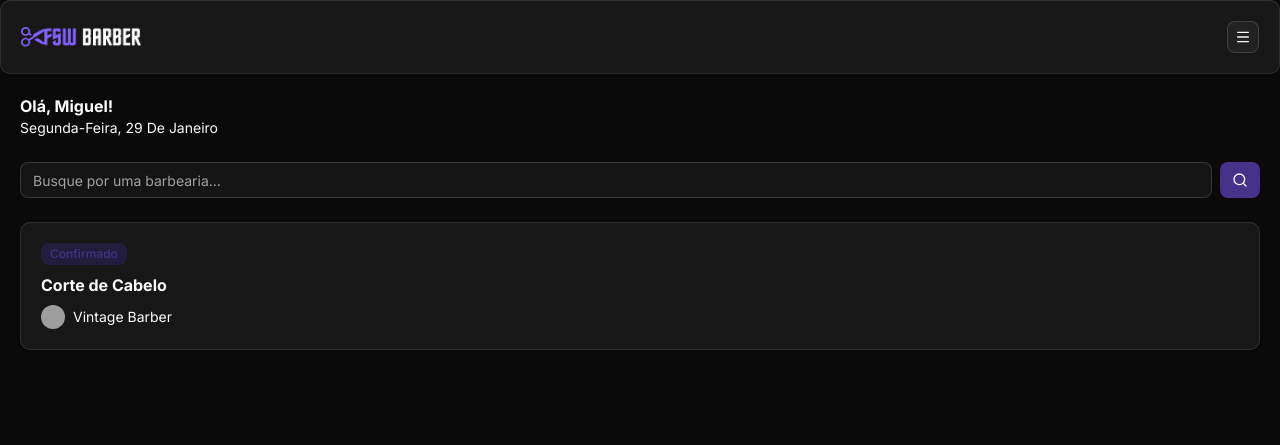
Repository: PaulinhoMachadooo/Barber
Page: /
These files come from the project's save history. The page is drawn as it stood at one moment and after the next save; the edit follows.
The browser window is 1280 px wide. The pictures show the whole page.
Pictures or frames that could not be fetched are drawn as grey boxes. The project was rebuilt for these pictures with package versions that can differ from the ones it lists, and the page was loaded fresh each time. The framework's server and built-in components were replaced by stand-ins that run in the browser. Also part of the build but not shown: next.config.ts.

Above is the page before, as saved 2025-04-13 18:52:21.

After the next save:
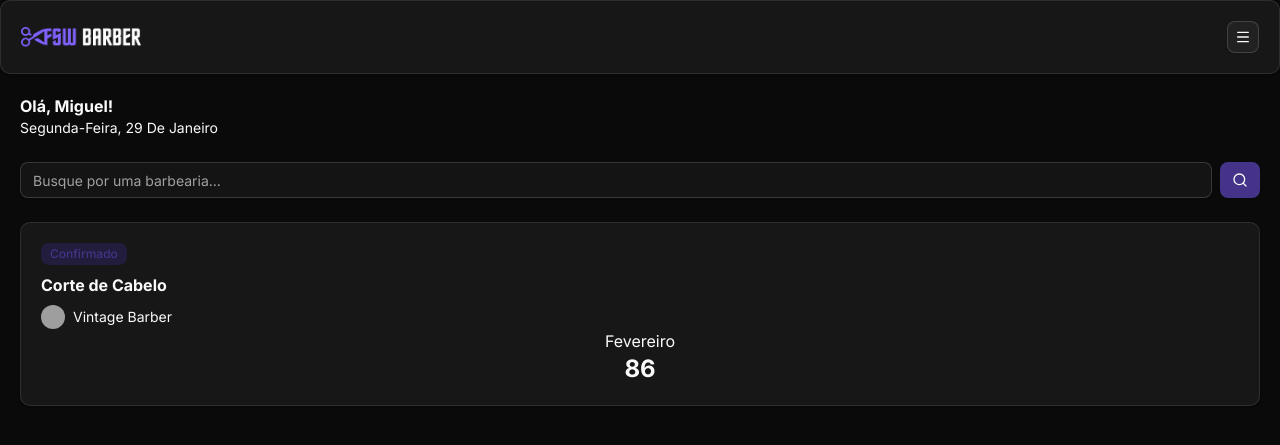
Saved 117 s later.
--- a/app/_components/booking-item.tsx
+++ b/app/_components/booking-item.tsx
@@ -23,7 +23,8 @@ const  BookingItem = () => {
                 </div>
 
                 <div className="flex flex-col items-center justify-center">
-
+                    <p>Fevereiro</p>
+                    <p className="text-2xl font-bold">86</p>
                 </div>
             </CardContent>
         </Card>
